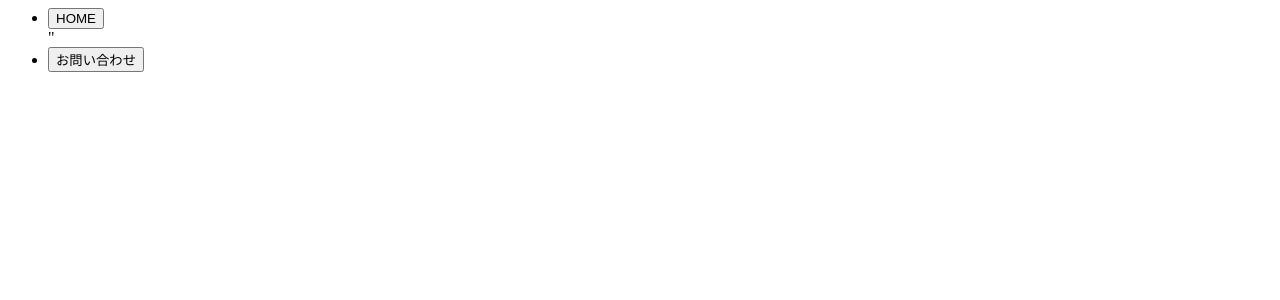
Repository: ryuhei0204/test
Page: http://localhost/Mytest/header.jsp
An editor plug-in stored every save of this project. The page is shown before and after the next save, followed by the edit.
The browser window is 1280 px wide. The pictures show the whole page.
The page is served by Tomcat 9.

Above is the page before, as saved 2019-06-27 04:06:31.

After the next save:
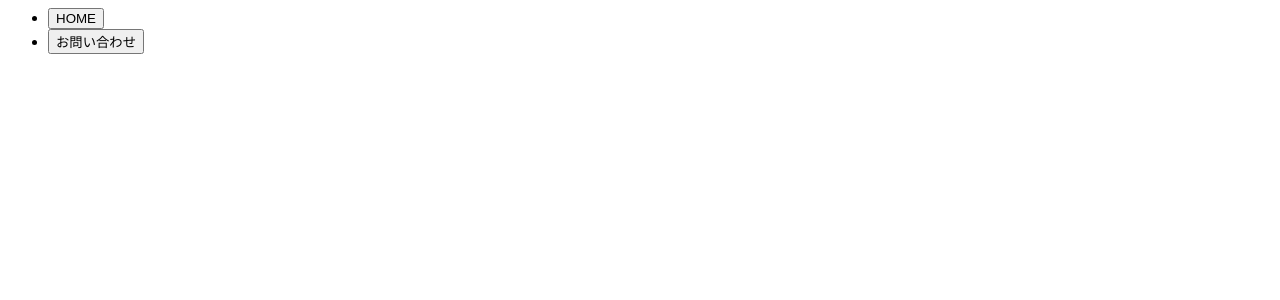
Saved 11 s later.
--- a/Mytest/WebContent/header.jsp
+++ b/Mytest/WebContent/header.jsp
@@ -7,7 +7,7 @@
 	<script src = "js/button.js"></script>
 
 <ul>
-   <li><input type = "button" value = "HOME" onclick = "formSubmit(this, 'GoHomeAction')"/></li>"
+   <li><input type = "button" value = "HOME" onclick = "formSubmit(this, 'GoHomeAction')"/></li>
    <li><input type = "button" value = "お問い合わせ" onclick = "formSubmit(this, 'ContactAction')"/></li>
 
 </ul>
